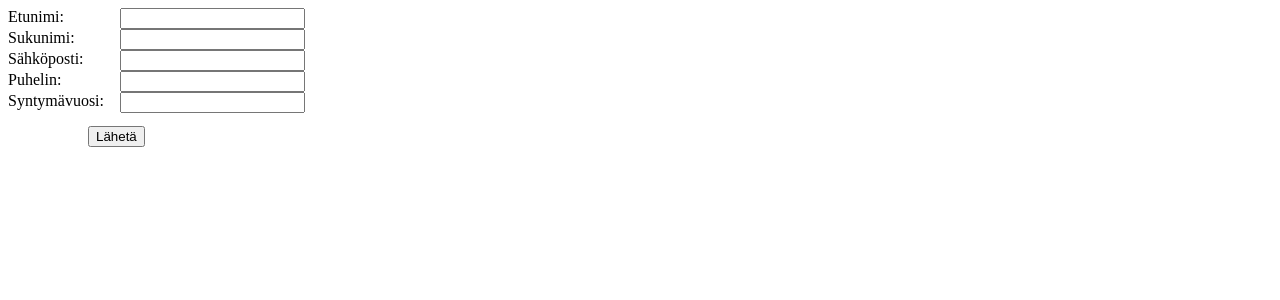
Repository: NellaPih/Asiakkaat
Page: http://localhost/Lomake/kysy.jsp
These files come from the project's save history. The page is drawn as it stood at one moment and after the next save; the edit follows.
The browser window is 1280 px wide. The pictures show the whole page.
The page is served by Tomcat 9.

Above is the page before, as saved 2020-04-17 12:37:56.

After the next save:
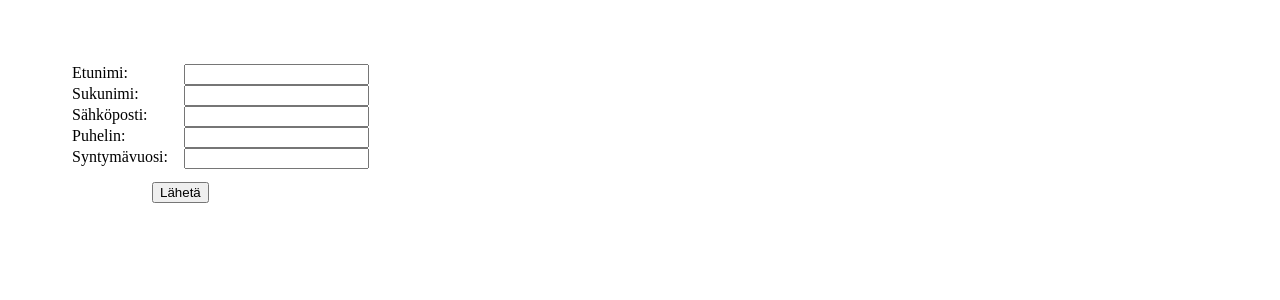
Saved 49 s later.
--- a/Lomake/WebContent/kysy.jsp
+++ b/Lomake/WebContent/kysy.jsp
@@ -16,6 +16,9 @@
     	margin-left: 6em;
     	margin-top: 1em;
     }
+    form {
+    	margin: 4em;
+    }
 </style>
 <body>
 <form action="nayta.jsp" method="POST">
